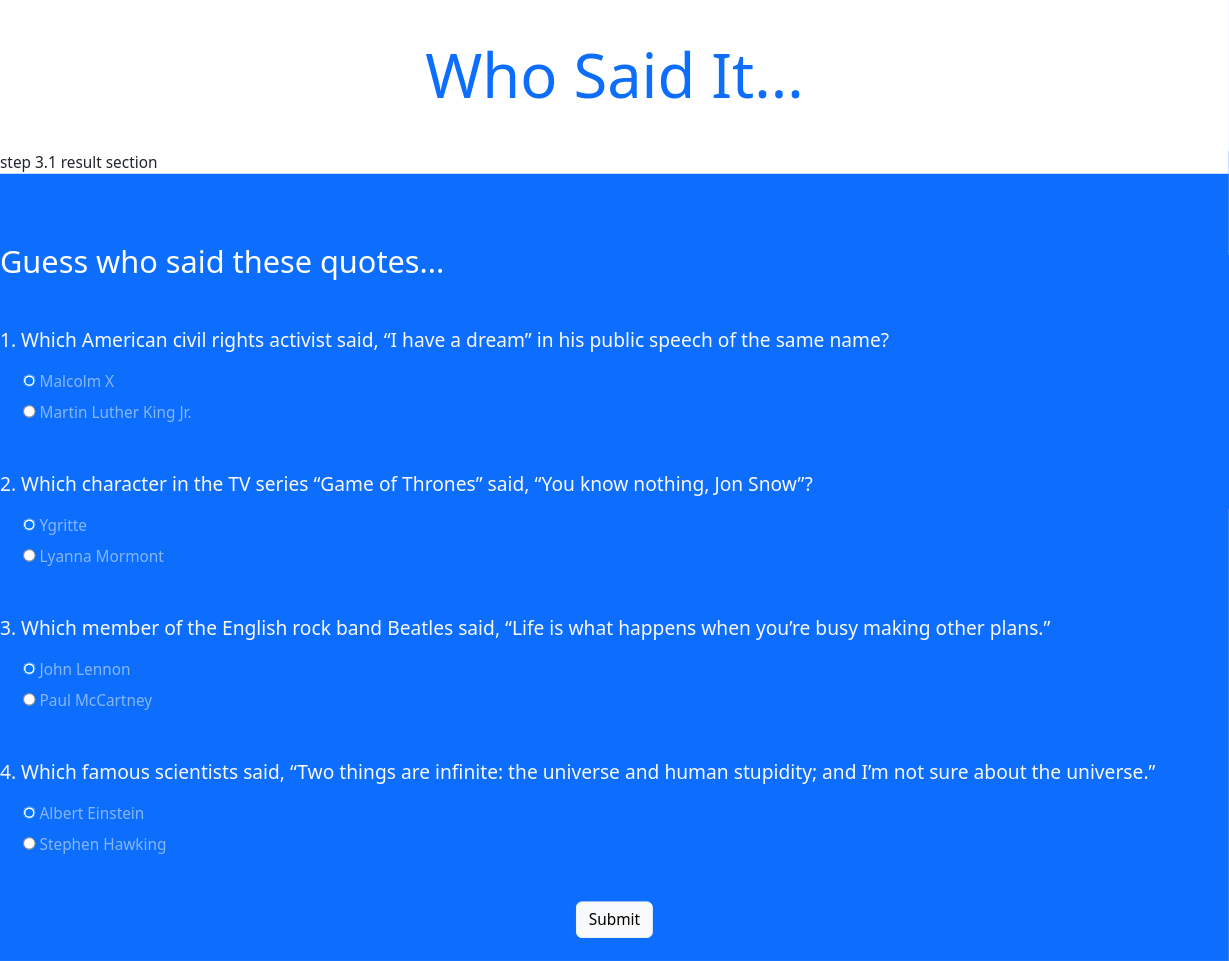
Repository: julihocc/Presentation-02-Forms-with-vanilla-JS
Page: index.html
These files come from the project's save history. The page is drawn as it stood at one moment and after the next save; the edit follows.
The browser window is 1280 px wide. The pictures show the whole page, at 96% of full size.

Above is the page before, as saved 2022-09-27 14:34:29.

### index.html
<!-- step 0.1: create HTML5 template -->
<!DOCTYPE html>
<html lang="en">

<head>
    <meta charset="UTF-8">
    <meta http-equiv="X-UA-Compatible" content="IE=edge">
    <meta name="viewport" content="width=device-width, initial-scale=1.0">

    <!-- step 0.4: include bootstrap -->
    <!-- CSS only -->
    <link href="https://cdn.jsdelivr.net/npm/bootstrap@5.2.1/dist/css/bootstrap.min.css" rel="stylesheet"
        integrity="sha384-iYQeCzEYFbKjA/T2uDLTpkwGzCiq6soy8tYaI1GyVh/UjpbCx/TYkiZhlZB6+fzT" crossorigin="anonymous">

    <!-- step 0.2: change title -->
    <title>Who Said It...</title>
</head>

<body>

    <!-- step 1.1 top section -->
    <div class="intro py-3 bg-white text-center">
        <div class="container">
            <h2 class="text-primary display-3 my-4">
                Who Said It...
            </h2>
        </div>
    </div>

    step 3.1 result section

    <!-- step 1.4: quiz section -->
    <div class="quiz py-4 bg-primary">
        <div class="containter">
            <h2 class="my-5 text-white">
                Guess who said these quotes...
            </h2>
            <!-- step 1.5: create form -->
            <form class="quiz-form text-light">
                <!-- step 1.6: create containers for each question -->
                <!-- step 1.7.1 question #1-->
                <div class="my-5">
                    <p class="lead font-weight-normal">
                        1. Which American civil rights activist said, “I have a dream” in his public speech of the same
                        name?
                    </p>
                    <!-- step 1.7.2 first option to question 1 -->
                    <div class="form-check my-2 text-white-50">
                        <input type="radio" name="q1" value="A" checked>
                        <label class="form-check-label">
                            Malcolm X
                        </label>
                    </div>
                    <!-- step 1.7.3 second option to quesition 2 -->
                    <div class="form-check my-2 text-white-50">
                        <input type="radio" name="q1" value="B">
                        <label class="form-check-label">
                            Martin Luther King Jr.
                        </label>
                    </div>
                    <!-- step 1.8.1 question #2-->
                    <div class="my-5">
                        <p class="lead font-weight-normal"> 2. Which character in the TV series “Game of Thrones” said,
                            “You know nothing, Jon Snow”?
                        </p>
                        <!-- step 1.8.2 first option to question 2 -->
                        <div class="form-check my-2 text-white-50">
                            <input type="radio" name="q2" value="A" checked>
                            <label class="form-check-label">
                                Ygritte
                            </label>
                        </div>
                        <!-- step 1.8.3 second option to quesition 2 -->
                        <div class="form-check my-2 text-white-50">
                            <input type="radio" name="q2" value="B">
                            <label class="form-check-label">
                                Lyanna Mormont
                            </label>
                        </div>
                    </div>
                    <!-- step 1.9.1 question #3-->
                    <div class="my-5">
                        <p class="lead font-weight-normal"> 3. Which member of the English rock band Beatles said, “Life
                            is what happens when you’re busy making other plans.”
                        </p>
                        <!-- step 1.9.2 first option to question 3 -->
                        <div class="form-check my-2 text-white-50">
                            <input type="radio" name="q3" value="A" checked>
                            <label class="form-check-label">
                                John Lennon
                            </label>
                        </div>
                        <!-- step 1.9.3 second option to quesition 3 -->
                        <div class="form-check my-2 text-white-50">
                            <input type="radio" name="q3" value="B">
                            <label class="form-check-label">
                                Paul McCartney
                            </label>
                        </div>
                    </div>
                    <!-- step 1.10.1 question #4-->
                    <div class="my-5">
                        <p class="lead font-weight-normal"> 4. Which famous scientists said, “Two things are infinite:
                            the universe and human stupidity; and I’m not sure about the universe.”
                        </p>
                        <!-- step 1.10.2 first option to question 4 -->
                        <div class="form-check my-2 text-white-50">
                            <input type="radio" name="q4" value="A" checked>
                            <label class="form-check-label">
                                Albert Einstein
                            </label>
                        </div>
                        <!-- step 1.9.3 second option to quesition 3 -->
                        <div class="form-check my-2 text-white-50">
                            <input type="radio" name="q4" value="B">
                            <label class="form-check-label">
                                Stephen Hawking
                            </label>
                        </div>
                    </div>
                </div>
                <!-- step 1.11 create submit <button></button> -->
                <div class="text-center">
                    <input type="submit" class="btn btn-light">
                </div>
            </form>
        </div>
    </div>

    <!-- step 0.3: link js -->
    <script src="app.js"></script>
</body>

</html>

### app.js
// step 2.1 record correct answers
const correctAnswers = ['B', 'A', 'A', 'A'];
// step 2.2 query quiz-form
const form = document.querySelector('.quiz-form')

// step 2.2 attach event listener
form.addEventListener('submit', e => {
    e.preventDefault(); // prevent it from submitting a form

    let score = 0;

    const userAnswers = [form.q1.value, form.q2.value, form.q3.value, form.q4.value];

    // step 2.3  check answers
    userAnswers.forEach((answer, index) => {
        if(answer === correctAnswers[index]){
            score += 25;
        }
    })

    // step 2.4 check if score is updating properly
    console.log(score)
})

After the next save:
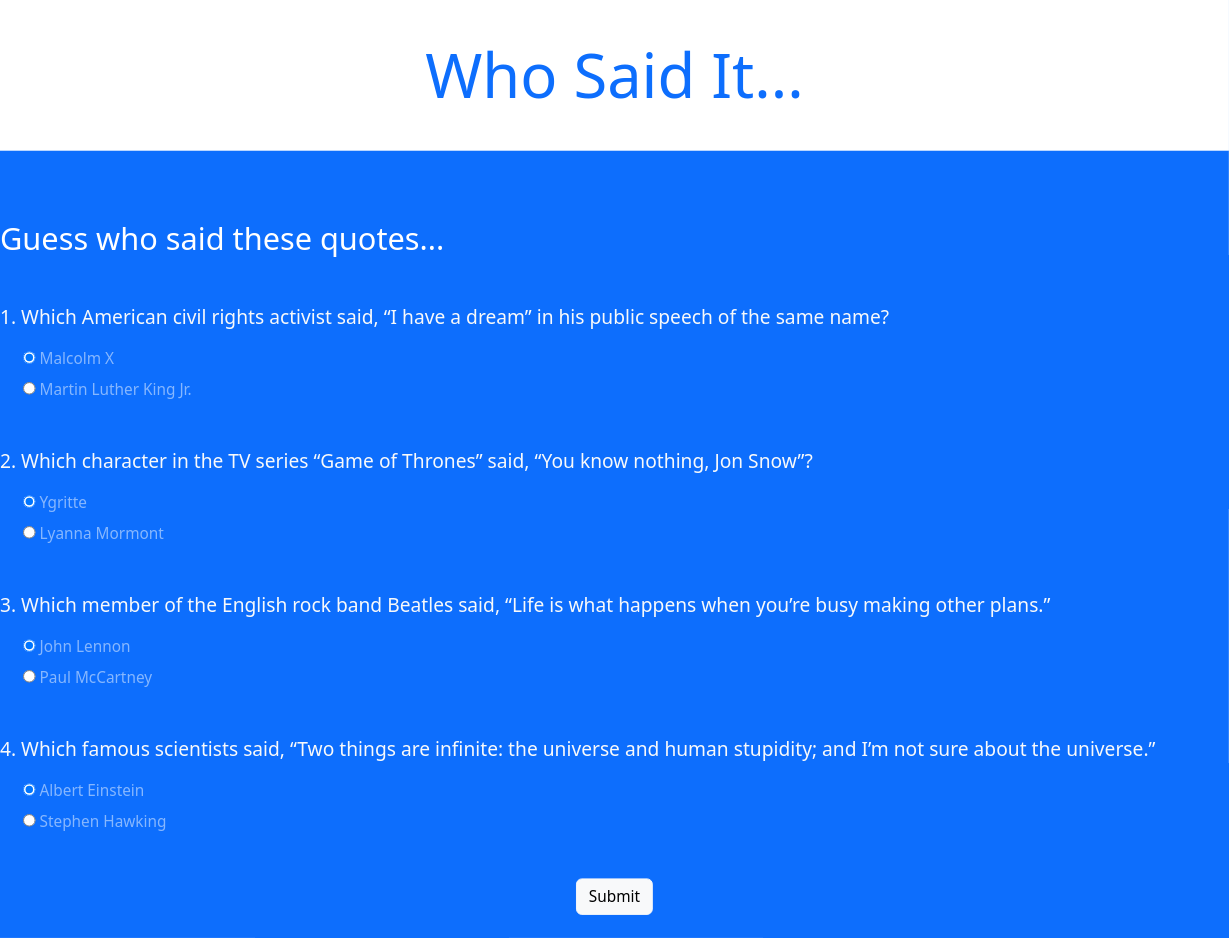
Saved 6 s later.
--- a/index.html
+++ b/index.html
@@ -27,7 +27,7 @@
         </div>
     </div>
 
-    step 3.1 result section
+        <!--  -->
 
     <!-- step 1.4: quiz section -->
     <div class="quiz py-4 bg-primary">

After the 6 saves that followed:
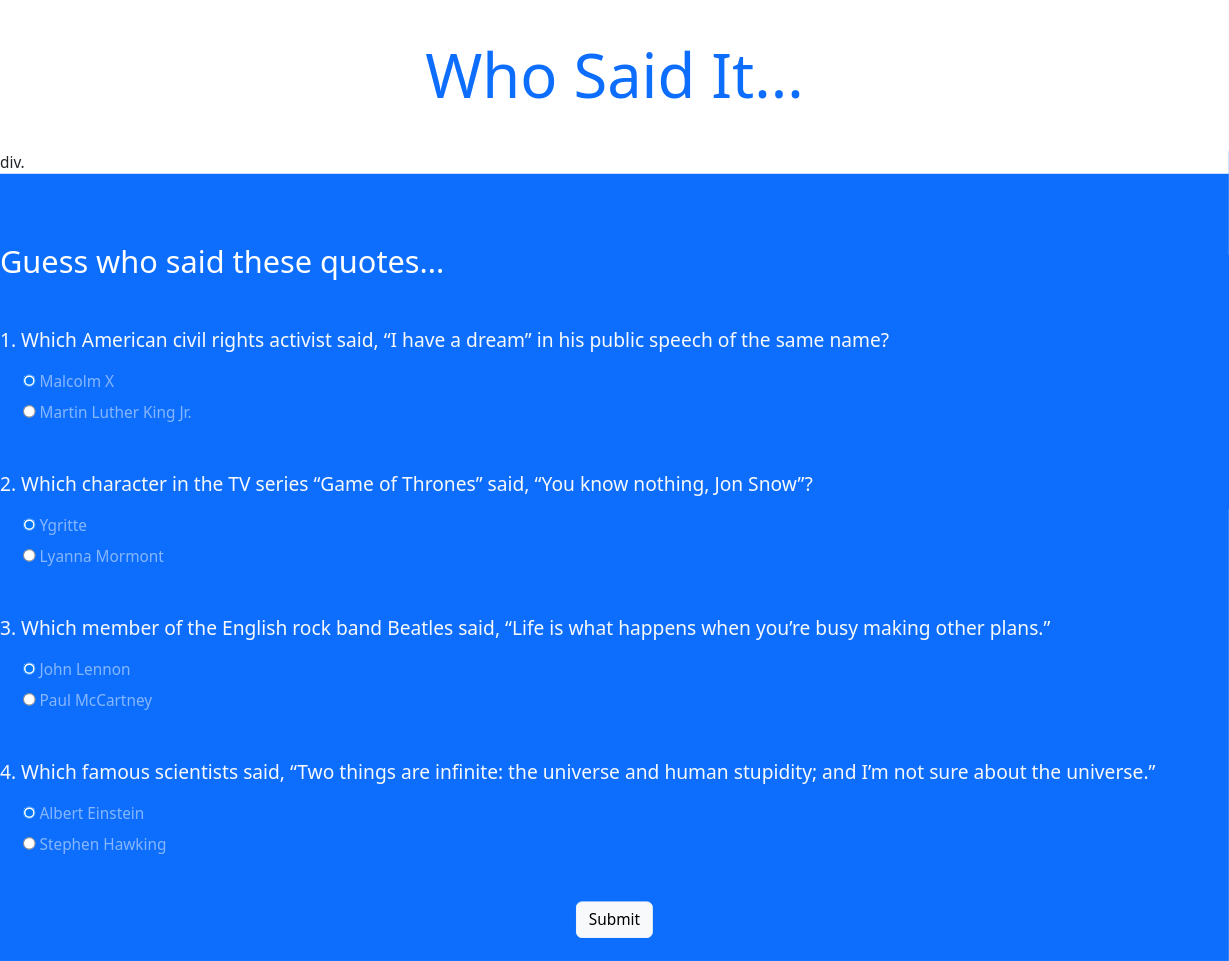
The 6 saves are shown as one change because 4 left the picture as it was and some came seconds apart.
The last was saved 55 s later.
--- a/index.html
+++ b/index.html
@@ -27,7 +27,8 @@
         </div>
     </div>
 
-        <!--  -->
+    <!-- step 3.1 result section  -->
+    div.
 
     <!-- step 1.4: quiz section -->
     <div class="quiz py-4 bg-primary">
